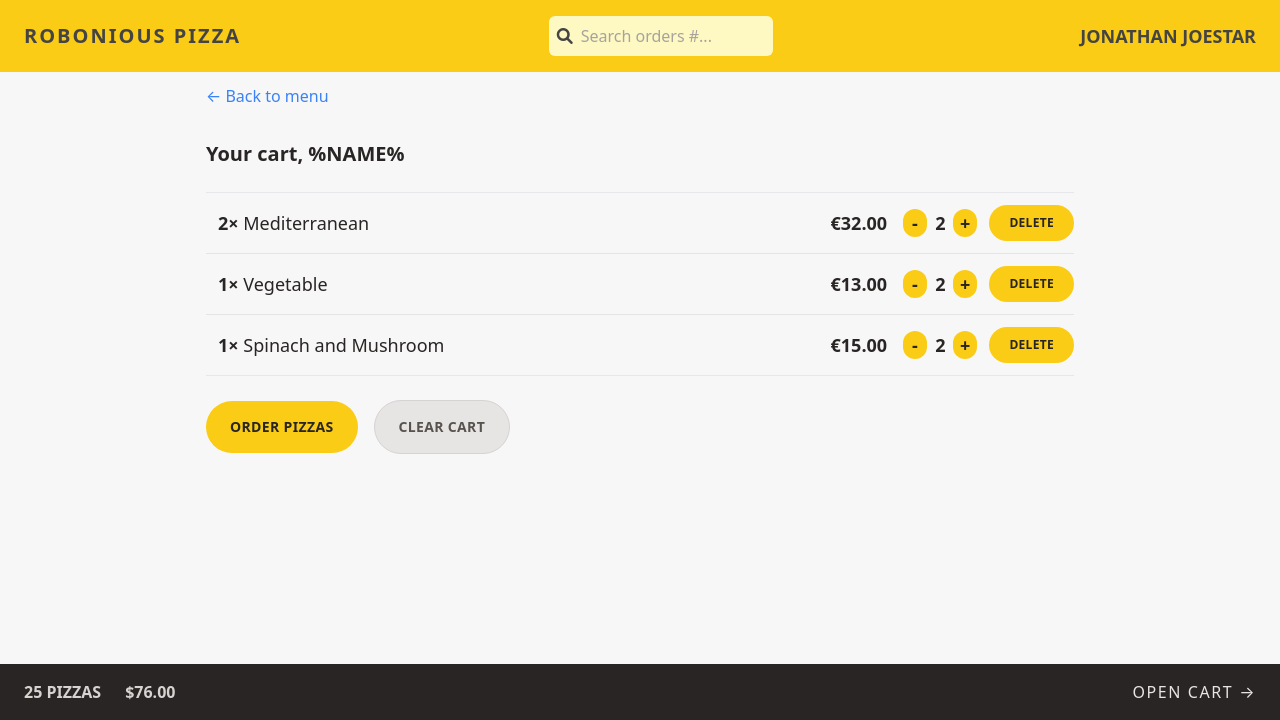
Repository: Alexro04/fast-food
Page: /cart (app in fast-food/)
The author's editor kept a copy of each file at every save. The page is drawn from the files as they stood at one save, then again after the next save.
The browser window is 1280 px wide. The pictures show the whole page.
The project was rebuilt for these pictures with package versions that can differ from the ones it lists, and the page was loaded fresh each time. Also part of the build but not shown: fast-food/vite.config.js, fast-food/src/features/user/CreateUser.jsx, fast-food/src/ui/Home.jsx, fast-food/src/ui/Loading.jsx, fast-food/src/utils/apiRestaurant.js, fast-food/src/features/order/OrderItem.jsx, fast-food/src/features/order/Order.jsx, fast-food/src/features/menu/MenuItem.jsx and 3 more.

Above is the page before, as saved 2025-03-14 07:22:27.

### fast-food/index.html
<!doctype html>
<html lang="en">
  <head>
    <meta charset="UTF-8" />
    <link rel="icon" type="image/svg+xml" href="/vite.svg" />
    <link
      rel="stylesheet"
      href="https://cdnjs.cloudflare.com/ajax/libs/font-awesome/6.0.0-beta3/css/all.min.css"
    />
    <meta name="viewport" content="width=device-width, initial-scale=1.0" />
    <title>Vite + React</title>
  </head>
  <body>
    <div id="root"></div>
    <script type="module" src="/src/main.jsx"></script>
  </body>
</html>

### fast-food/src/index.css
@tailwind base;
@tailwind components;
@tailwind utilities;
@layer components {
  .input {
    @apply rounded-full border border-stone-200 px-4 py-2 transition-all duration-300 focus:outline-none focus:ring focus:ring-yellow-300 md:px-6 md:py-3;
  }
}

body {
  font-family:
    system-ui,
    -apple-system,
    BlinkMacSystemFont,
    "Segoe UI",
    Roboto,
    Oxygen,
    Ubuntu,
    Cantarell,
    "Open Sans",
    "Helvetica Neue",
    sans-serif;
  background-color: #f7f7f7;
  color: #444;
}

.layout {
  display: grid;
  grid-template-rows: auto 1fr auto;
  gap: 32px;
  height: 100dvh;
}

/* https://dev.to/afif/i-made-100-css-loaders-for-your-next-project-4eje */
.loader {
  width: 45px;
  aspect-ratio: 0.75;
  --c: no-repeat linear-gradient(#333 0 0);
  background:
    var(--c) 0% 50%,
    var(--c) 50% 50%,
    var(--c) 100% 50%;
  background-size: 20% 50%;
  animation: loading 1s infinite linear;
}

@keyframes loading {
  20% {
    background-position:
      0% 0%,
      50% 50%,
      100% 50%;
  }
  40% {
    background-position:
      0% 100%,
      50% 0%,
      100% 50%;
  }
  60% {
    background-position:
      0% 50%,
      50% 100%,
      100% 0%;
  }
  80% {
    background-position:
      0% 50%,
      50% 50%,
      100% 100%;
  }
}

### fast-food/src/App.jsx
import { createBrowserRouter, RouterProvider } from "react-router-dom"
import Home from "./ui/Home"
import AppLayout from "./ui/AppLayout"
import Cart from './features/cart/Cart'
import Order, { loader as orderLoader } from './features/order/Order'
import Menu, { loader as menuLoader } from './features/menu/Menu'
import Error from './ui/Error'
import CreateOrder, { action as createOrderAction } from "./features/order/CreateOrder"

function App() {
  const router = createBrowserRouter([
    {
      element: <AppLayout />,
      errorElement: <Error />,
      children: [
        {
          path: '/',
          element: <Home />
        },
        {
          path: '/cart',
          element: <Cart />
        },
        {
          path: '/order/:orderId',
          element: <Order />,
          loader: orderLoader,
          errorElement: <Error />
        },
        {
          path: '/order/new',
          element: <CreateOrder />,
          action: createOrderAction
        },
        {
          path: '/menu',
          element: <Menu />,
          loader: menuLoader,
          errorElement: <Error />
        },
      ]
    }
  ])

  return (
    <RouterProvider router={router} />
  )
}

export default App

### fast-food/src/ui/AppLayout.jsx
import { Outlet, useNavigation } from "react-router-dom";
import Header from "./Header";
import Loading from "./Loading";
import Footer from "./Footer";

export default function AppLayout() {
  const navigation = useNavigation();
  const isLoading = navigation.state === "loading";

  return (
    <div className="grid h-screen grid-rows-[auto_1fr_auto]">
      {isLoading && <Loading />}
      <Header />
      <main className="flex overflow-y-scroll">
        <div className="mx-auto w-full max-w-[900px]">
          <Outlet />
        </div>
      </main>
      <Footer />
    </div>
  );
}

### fast-food/src/features/cart/Cart.jsx
import { Link } from "react-router-dom";
import Button from "../../ui/Button";
import CartItem from "./CartItem";

const fakeCart = [
  {
    pizzaId: 12,
    name: "Mediterranean",
    quantity: 2,
    unitPrice: 16,
    totalPrice: 32,
  },
  {
    pizzaId: 6,
    name: "Vegetable",
    quantity: 1,
    unitPrice: 13,
    totalPrice: 13,
  },
  {
    pizzaId: 11,
    name: "Spinach and Mushroom",
    quantity: 1,
    unitPrice: 15,
    totalPrice: 15,
  },
];

function Cart() {
  const cart = fakeCart;

  return (
    <div className="px-4 py-3 text-stone-800">
      <Link to="/menu" className="text-blue-500" font-semibold>
        &larr; Back to menu
      </Link>

      <h2 className="mt-8 text-xl font-semibold">Your cart, %NAME%</h2>
      <ul className="my-6 divide-y divide-stone-200 border-y">
        {cart.map((item) => (
          <div className="flex items-center justify-between">
            <CartItem item={item} />
            <Button type="small">delete</Button>
          </div>
        ))}
      </ul>
      <div className="space-x-4">
        <Button type="primary" to="/order/new">
          Order pizzas
        </Button>
        <Button type="secondary">Clear cart</Button>
      </div>
    </div>
  );
}

export default Cart;

### fast-food/src/ui/Header.jsx
import { Link } from "react-router-dom";
import Search from "./Search";

function Header() {
  return (
    <header className="flex items-center justify-between bg-yellow-400 px-3 py-4 sm:px-6">
      <Link
        to="/"
        className="whitespace-nowrap text-lg font-semibold uppercase tracking-wider sm:tracking-widest md:text-xl"
      >
        Robonious Pizza
      </Link>
      <Search />
      <p className="hidden text-base font-semibold uppercase sm:block md:text-lg">
        Jonathan Joestar
      </p>
    </header>
  );
}

export default Header;

### fast-food/src/ui/Footer.jsx
import { Link } from "react-router-dom";

function Footer() {
  return (
    <div className="flex justify-between bg-stone-800 px-3 py-4 text-sm uppercase text-stone-200 sm:px-6 md:text-base">
      <p className="space-x-2 font-semibold text-stone-300 sm:space-x-6">
        <span>25 pizzas</span>
        <span>$76.00</span>
      </p>
      <Link to="/cart" className="tracking-widest">
        open cart &rarr;
      </Link>
    </div>
  );
}

export default Footer;

### fast-food/src/ui/Button.jsx
import React from "react";
import { Link } from "react-router-dom";

function Button({ children, disabled, type, to }) {
  const base =
    "inline-block h-fit tracking-wide disabled:cursor-not-allowed rounded-full transition-colors duration-300 font-semibold uppercase focus:outline-none focus:ring-2 focus:ring-offset-2 ";

  const base_primary =
    base +
    "bg-yellow-400 text-stone-800 hover:bg-yellow-300 focus:bg-yellow-300 focus:ring-yellow-300 ";

  const base_secondary =
    base +
    "bg-stone-200 text-stone-600 border border-stone-300 hover:bg-stone-800 hover:text-stone-200 focus:bg-stone-800 focus:text-stone-200 focus:ring-stone-800 ";

  const style = {
    primary: base_primary + "px-4 py-3 text-sm md:px-6 md:py-4",
    secondary: base_secondary + "px-4 py-3 text-sm md:px-6 md:py-4",
    small: base_primary + "px-4 py-2 text-xs md:px-5 md:py-2.5",
    circle: base_primary + "w-6 h-6 px-auto py-auto",
  };

  if (to)
    return (
      <Link to={to} className={style[type]}>
        {children}
      </Link>
    );

  return (
    <button disabled={disabled} className={style[type]}>
      {children}
    </button>
  );
}

export default Button;

### fast-food/src/features/cart/CartItem.jsx
import Button from "../../ui/Button";
import { formatCurrency } from "../../utils/helpers";

function CartItem({ item }) {
  const { pizzaId, name, quantity, totalPrice } = item;

  return (
    <li className="flex grow items-center justify-between px-2 py-3 sm:px-3 sm:py-4 sm:text-lg">
      <p>
        <span className="font-semibold">{quantity}&times;</span> {name}
      </p>
      <div className="flex gap-4 font-semibold">
        <p>{formatCurrency(totalPrice)}</p>
        <div className="space-x-2">
          <Button type="circle">-</Button>
          <span>2</span>
          <Button type="circle">+</Button>
        </div>
      </div>
    </li>
  );
}

export default CartItem;

### fast-food/src/ui/Search.jsx
import { useState } from "react";
import { useNavigate } from "react-router-dom";

function Search() {
  const [query, setQuery] = useState("");
  const navigate = useNavigate();

  function handleSubmit(e) {
    e.preventDefault();
    if (!query) return;
    navigate(`/order/${query}`);
    setQuery("");
  }

  return (
    <form onSubmit={handleSubmit} className="relative flex items-center">
      <i class="fas fa-search absolute left-2"></i>
      <input
        type="text"
        value={query}
        onChange={(e) => setQuery(e.target.value)}
        placeholder="Search orders #..."
        className="duration- rounded-md bg-yellow-100 py-2 pl-8 pr-4 transition-all placeholder:text-stone-400 focus:outline-none focus:ring focus:ring-yellow-500 focus:ring-opacity-50 sm:w-56 sm:focus:w-72 sm:focus:ring"
      />
    </form>
  );
}

export default Search;

Loaded but not shown: fast-food/src/main.jsx (common file); fast-food/src/utils/helpers.js (common file); fast-food/tailwind.config.js (common file)

After the next save:
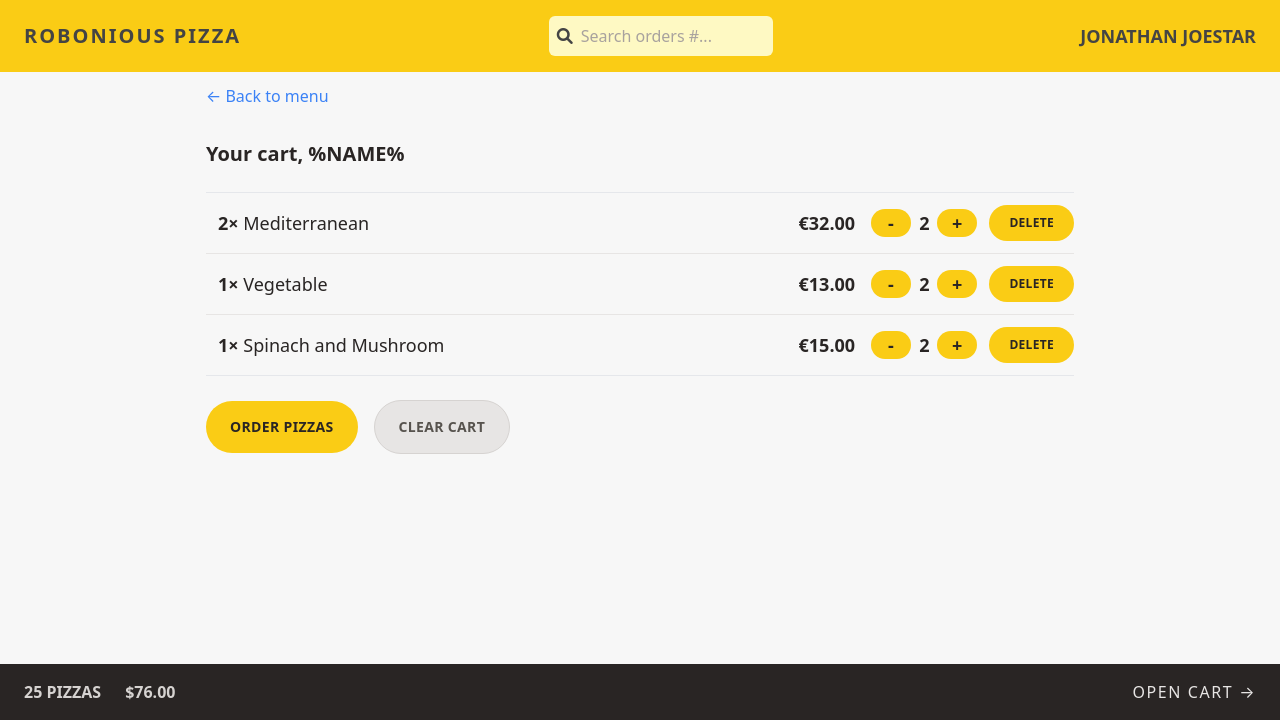
Saved 8 s later.
--- a/fast-food/src/ui/Button.jsx
+++ b/fast-food/src/ui/Button.jsx
@@ -17,7 +17,7 @@ function Button({ children, disabled, type, to }) {
     primary: base_primary + "px-4 py-3 text-sm md:px-6 md:py-4",
     secondary: base_secondary + "px-4 py-3 text-sm md:px-6 md:py-4",
     small: base_primary + "px-4 py-2 text-xs md:px-5 md:py-2.5",
-    circle: base_primary + "w-6 h-6 px-auto py-auto",
+    circle: base_primary + "w-10 h-10 px-auto py-auto",
   };
 
   if (to)
